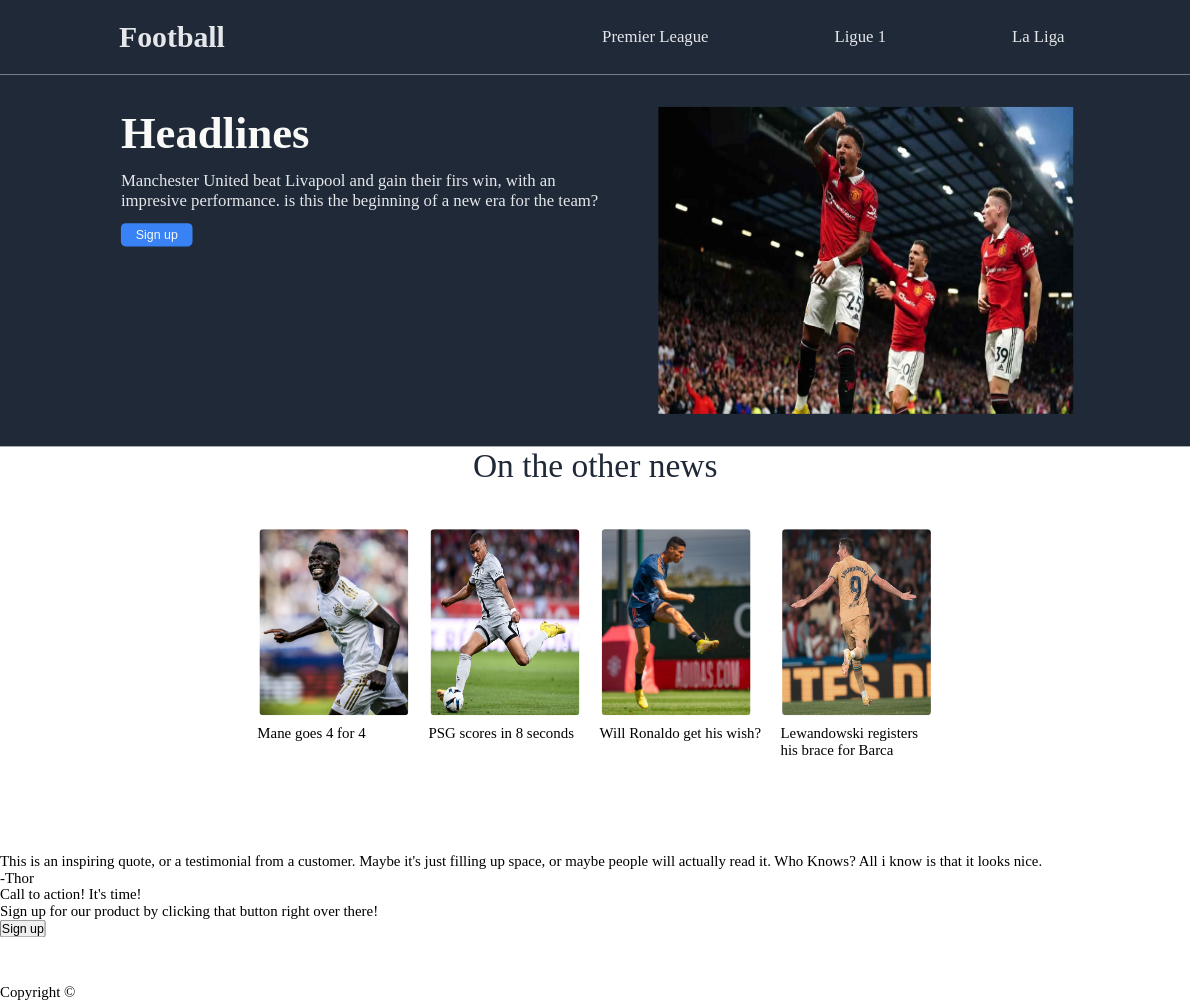
Repository: MhlengiNgubane/Brainnest_CSS
Page: index.html
An editor plug-in stored every save of this project. The page is shown before and after a run of saves, followed by the edit.
The browser window is 1280 px wide. The pictures show the whole page, at 93% of full size.

Above is the page before, as saved 2022-08-28 00:26:32.

### index.html
<!DOCTYPE html>
<html lang="en">
<head>
    <meta charset="UTF-8">
    <meta http-equiv="X-UA-Compatible" content="IE=edge">
    <meta name="viewport" content="width=device-width, initial-scale=1.0">
    <title>Home</title>

    <link rel="stylesheet" href="./css/style.css">
</head>
<body>
    <header class="logo-links">
        <h1>
            <a href="index.html">Football</a>
        </h1>
        <nav class="links">
            <a href="./pages/link1.html">Premier League</a>
            <a href="./pages/link2.html">Ligue 1</a>
            <a href="./pages/link3.html">La Liga</a>
        </nav>
    </header>
    <section class="hero">
        <aside class="hero-text">
            <h2 class="hero-text-one">Headlines</h2>
            <p class="hero-text-two">
                Manchester United beat Livapool and gain their firs win,
                with an impresive performance.
                is this the beginning of a new era for the team?
            </p>
            <button type="button" class="hero-button">Sign up</button>
        </aside>
        <aside id="hero-img">
            <img
                src="./images/ManU.png"
                alt="Manchester United"
            />
        </aside>
    </section>
    <main>
        <p class="main-header">On the other news</p>
        <section class="images">
            <figure>
                <img
                    src="./images/mane.png"
                    alt="Sadio Mane in bundesliga"
                />
                <figcaption>
                    Mane goes 4 for 4
                </figcaption>
            </figure>
            <figure>
                <img
                    src="./images/mbappe.png"
                    alt="Kylian Mbappe"
                />
                <figcaption>
                    PSG scores in 8 seconds
                </figcaption>
            </figure>
            <figure class="main-three">
                <img
                    src="./images/ronaldo.png"
                    alt="Cristiano Ronaldo"
                />
                <figcaption>
                    Will Ronaldo get his wish?
                </figcaption>
            </figure>
            <figure class="main-four">
                <img
                    src="./images/lewandowski.png"
                    alt="Robert Lewandowski"
                />
                <figcaption>
                    <p>Lewandowski registers<br/> his brace for Barca</p>
                </figcaption>
            </figure>
        </section>
        <section>
            <blockquote>
                This is an inspiring quote, or a testimonial from a customer.
                Maybe it's just filling up space, or maybe people will actually
                read it. Who Knows? All i know is that it looks nice.
            </blockquote>
            <p class="quote-text-auth">-Thor</p>
        </section>
        <section class="call-action">
            <p class="call-text-one">Call to action! It's time!</p>
            <p class="call-text-two">Sign up for our product by clicking that button right over there!</p>
            <side class="call-button">
                <button type="button">Sign up</button>
            </side>
        </section>
    </main>
    <footer>
        <p>Copyright ©</p>
    </footer>
</body>
</html>

### css/style.css
* {
    box-sizing: border-box;
    margin: 0;
    padding: 0;
}

header {
    position: fixed;
    left: 0;
    top: 0;
    height: 79.88px;
    width: 100%;
    color: #F9FAF8;
    display: flex;
    justify-content: space-between;
    align-items: center;
    background-color: #1F2937;
}

header h1 {
    display: flex;
    flex: 1;
    align-items: center;
    padding: 0 10%;
}

nav {
    display: flex;
    flex-direction: row;
    justify-content: space-evenly;
    color: #E5E7EB;
    font-size: 18px;
    flex: 3;
}

a {
    text-decoration: none;
    color: #E5E7EB;
}

.hero {
    margin-top: 79.88px;
    display: flex;
    flex-direction: row;
    height: 400px;
    width: 100%;
    background-color: #1F2937;
}

.hero aside {
    flex: 1;
    margin-left: 130px;
    margin-right: 20px;
    margin-top: 35px;
    margin-bottom: 35px;
}
.hero-text-one {
    color: #F9FAF8;
    font-size: 48px;
    margin: 0px;
}
.hero-text-two {
    color: #E5E7EB;
    font-size: 18px;
    margin-top: 14px;
    margin-bottom: 14px;
}
.hero-button {
    background-color: #3882F6;
    border-radius: 5px;
    color: #F9FAF8;
    border:none;
    padding: 5px 16px;
}
#hero-img {
    flex: 1;
    margin-left: 20px;
    margin-right: 35px;
    margin-top: 35px;
    margin-bottom: 45px;
    height: 330px;
    width: 400px;
}
#hero-img img {
    height: 330px;
    width: 446.5px;
}
main {
    margin-bottom: 50px;
}
.main-header {
    color: #1F2937;
    text-align: center;
    font-size: 36px;
}
.images {
    display: flex;
    flex-direction: row;
    justify-content: center;
    height: 350px;
    width: 100%;
    padding-top: 30px;
    padding-bottom: 30px;
    margin-bottom: 45px;
}
figure {
    padding: 15px 10px;
}
figure img {
    height: 200px;
    width: 160px;
    border-radius: 4px;
    margin: 2px
}
figcaption{
    margin-top: 5px;
    margin-bottom: 0px;
    margin-right: 1px;
}

After the next 3 saves:
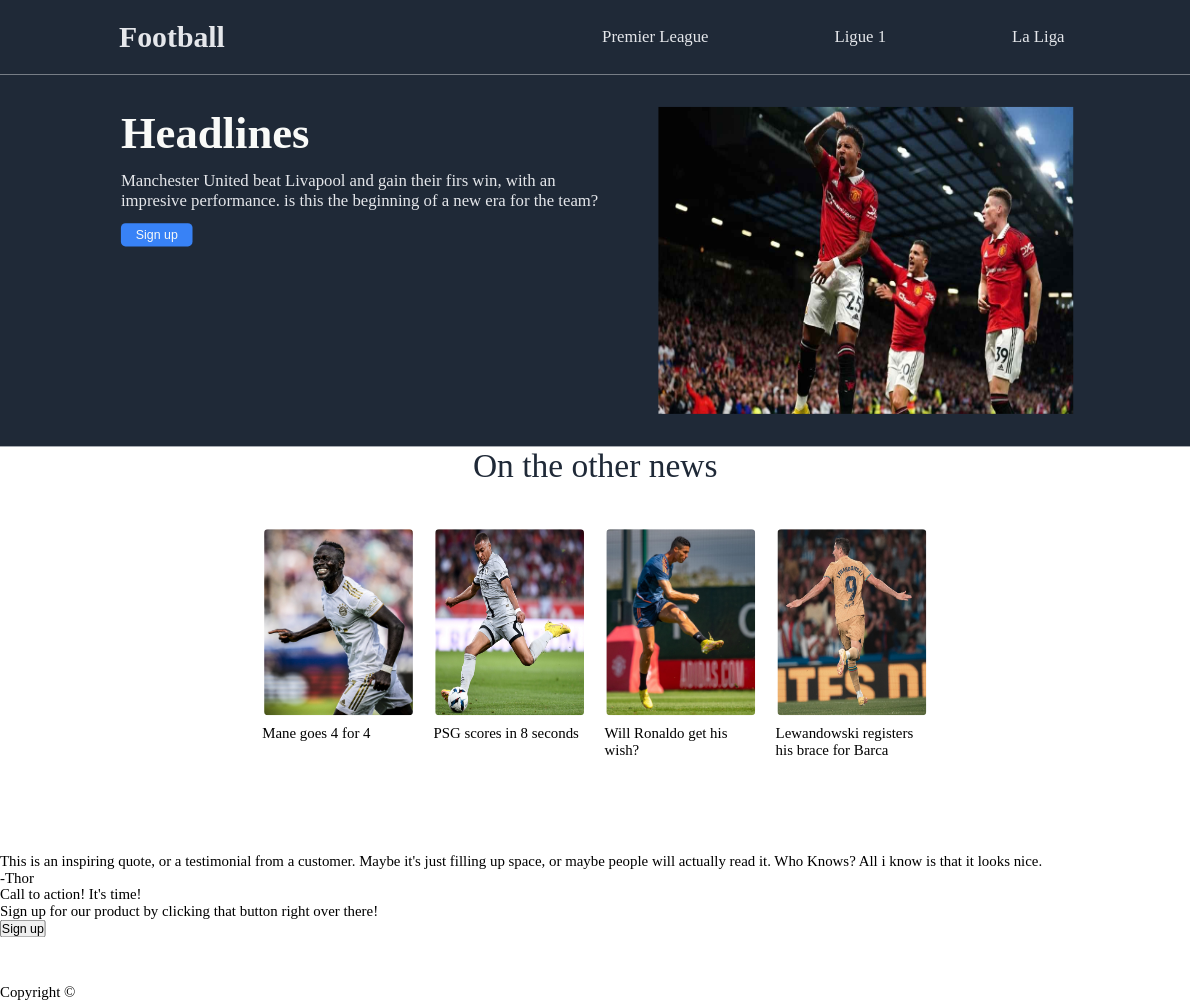
The 3 saves are shown as one change because they came seconds apart.
The last was saved 29 s later.
--- a/index.html
+++ b/index.html
@@ -63,7 +63,7 @@
                     alt="Cristiano Ronaldo"
                 />
                 <figcaption>
-                    Will Ronaldo get his wish?
+                    Will Ronaldo get his<br/> wish?
                 </figcaption>
             </figure>
             <figure class="main-four">
